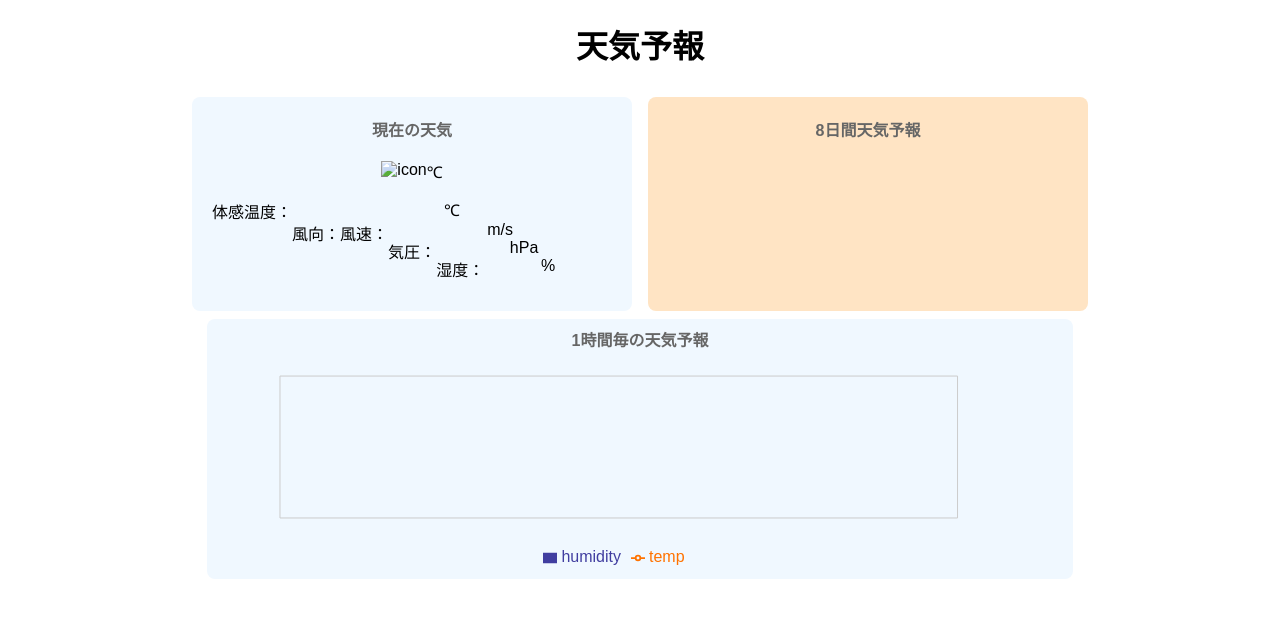
Repository: IshigureTomoki/weather-app
Page: /
These files come from the project's save history. The page is drawn as it stood at one moment and after the next save; the edit follows.
The browser window is 1280 px wide. The pictures show the whole page.
The page's requests for data from a server got no answer. The project was rebuilt for these pictures with package versions that can differ from the ones it lists, and the page was loaded fresh each time. No one was signed in, and anything a server would have sent is missing.

Above is the page before, as saved 2022-02-25 15:00:43.

### src/App.tsx
import axios from "axios";
import { report } from "process";
import React, { useEffect, useState } from "react";
import { convertTypeAcquisitionFromJson } from "typescript";
import "./App.css";
import { LinePlot } from "./components/LinePlot";

function App() {
  useEffect(() => {
    wetherOneCall();
  }, []);

  type weatherReportType = {
    time: string;
    timezone: string;
    temp: string;
    feels_like: string;
    wind_deg: string;
    wind_speed: string;
    pressure: string;
    humidity: string;
    weatherDescription: string;
    weatherIcon: string;
  };

  type weatherDailyReportsType = {
    dt: number;
    temp: {
      max: string;
      min: string;
    };
    weather: [
      {
        description: string;
        icon: string;
        id: string;
        main: string;
      }
    ];
  };

  type weatherHourlyReportsType = {
    time: string;
    temp: string;
    humidity: string;
  };

  const [weatherReport, setWeatherReport] = useState<weatherReportType>();
  const [weatherDailyReports, setWeatherDailyReports] = useState<
    weatherDailyReportsType[]
  >([]);

  const [weatherHourlyReports, setWeatherHourlyReports] = useState<
    weatherHourlyReportsType[]
  >([]);
  const [serchCity, setSearchCity] = useState("");

  const time = (dt: number) => {
    const srTime = new Date(dt * 1000);
    const time = srTime.toLocaleTimeString();
    return `${time}`;
  };

  const hour = (dt: number) => {
    const srTime = new Date(dt * 1000);
    const hour = srTime.getHours();
    return `${hour}`;
  };

  const mday = (dt: number) => {
    const srTime = new Date(dt * 1000);
    const day = srTime.toLocaleDateString();
    return `${day}`;
  };

  const date = (dt: number) => {
    const srTime = new Date(dt * 1000);
    const date = srTime.getDate();
    return `${date}`;
  };

  const dayOfWeekStr = (dt: number) => {
    const srTime = new Date(dt * 1000);
    const day = srTime.getDay();
    const dayOfWeekStrJP = ["日", "月", "火", "水", "木", "金", "土"];
    return `(${dayOfWeekStrJP[day]})`;
  };

  const wetherOneCall = async () => {
    await axios
      .get(
        "https://api.openweathermap.org/data/2.5/onecall?lat=35.690&lon=139.692&lang=ja&units=metric&appid=ff86fbdda3c22e95ce0071f6a7826f6c"
      )
      .then((res) => {
        console.log(res);

        const get_wind_deg = (wind_deg: number) => {
          let r = "北↓";
          if (wind_deg >= 11.25) r = "北北東";
          if (wind_deg >= 33.75) r = "北東↙︎";
          if (wind_deg >= 56.25) r = "東北東";
          if (wind_deg >= 78.75) r = "東←";
          if (wind_deg >= 101.25) r = "東南東";
          if (wind_deg >= 123.75) r = "南東↖︎";
          if (wind_deg >= 146.25) r = "南南東";
          if (wind_deg >= 168.75) r = "南↑";
          if (wind_deg >= 191.25) r = "南南西";
          if (wind_deg >= 213.75) r = "南西↗︎";
          if (wind_deg >= 236.25) r = "西南西";
          if (wind_deg >= 258.75) r = "西→";
          if (wind_deg >= 281.25) r = "西北西";
          if (wind_deg >= 303.75) r = "北西↘︎";
          if (wind_deg >= 326.25) r = "北北西";
          return r;
        };

        const report = {
          time: `${mday(res.data.current.dt)} ${time(res.data.current.dt)}`,
          timezone: res.data.timezone,
          temp: res.data.current.temp,
          feels_like: res.data.current.feels_like,
          wind_deg: get_wind_deg(res.data.current.wind_deg),
          wind_speed: res.data.current.wind_speed,
          pressure: res.data.current.pressure,
          humidity: res.data.current.humidity,
          weatherDescription: res.data.current.weather[0].description,
          weatherIcon: `http://openweathermap.org/img/wn/${res.data.current.weather[0].icon}@2x.png`,
        };

        const hourlyreports = res.data.hourly.map(
          (hourly: any, index: number) => {
            return {
              time: hour(hourly.dt),
              temp: hourly.temp,
              humidity: hourly.humidity,
            };
          }
        );

        hourlyreports.length = 24;

        console.log(report);
        setWeatherReport(report);
        setWeatherDailyReports(res.data.daily);
        console.log(hourlyreports);
        setWeatherHourlyReports(hourlyreports);
      });
  };
  return (
    <>
      <div className="App">
        <h1>天気予報</h1>
        <div className="upper">
          <div className="now-area">
            <div className="title">現在の天気</div>
            <div className="nowtime">{weatherReport?.time}</div>
            <div className="nowplace">{weatherReport?.timezone}</div>
            <div className="nowtemps">
              <div>
                <img src={weatherReport?.weatherIcon} alt="icon" width={120} />
              </div>
              <div>
                <div className="nowtemp">{weatherReport?.temp}℃</div>
                <div className="nowdes">
                  {weatherReport?.weatherDescription}
                </div>
              </div>
            </div>
            <dl>
              <dt>体感温度</dt>
              <dd>{weatherReport?.feels_like}℃</dd>
              <dt>風向</dt>
              <dd>{weatherReport?.wind_deg}</dd>
              <dt>風速</dt>
              <dd>{weatherReport?.wind_speed}m/s</dd>
              <dt>気圧</dt>
              <dd>{weatherReport?.pressure}hPa</dd>
              <dt>湿度</dt>
              <dd>{weatherReport?.humidity}%</dd>
            </dl>
          </div>

          <div className="dayly-area">
            <div className="title">8日間天気予報</div>

            {weatherDailyReports.map((report) => (
              <>
                <div className="dayly">
                  <div className="daylyd">
                    {date(report.dt)}
                    {dayOfWeekStr(report.dt)}
                  </div>
                  <div className="daylyi">
                    <img
                      src={`http://openweathermap.org/img/wn/${report.weather[0].icon}@2x.png`}
                      alt="icon"
                      width={40}
                    />
                  </div>
                  <div className="daylyde">{report.weather[0].description}</div>
                  <div className="daylym">
                    {report.temp.max}/{report.temp.min}℃
                  </div>
                </div>
              </>
            ))}
          </div>
        </div>

        <div className="hourly-area">
          <div className="title">1時間毎の天気予報</div>
          <LinePlot data={weatherHourlyReports} />
        </div>
      </div>
    </>
  );
}

export default App;

### src/App.css
body {
  font-family: sans-serif;
}

.App {
  text-align: center;
}

.upper {
  display: flex;
  justify-content: center;
}
.now-area {
  text-align: center;
  background-color: aliceblue;
  width: 400px;
  padding: 20px;
  margin: 8px;
  border-radius: 8px;
}
.nowtime {
  font-size: 30px;
}

.nowplace{
  font-size: 25px;
}
.nowtemps{
  display: flex;
  justify-content: center;
}

dt {
  float: left;
}

dt::after {
  content: "：";
}

.dayly-area {
  text-align: center;
  background-color: bisque;
  width: 400px;
  padding: 20px;
  margin: 8px;
  border-radius: 8px;
}

.dayly {
  display: flex;
}

.daylyd {
  width: 60px;
}

.daylyi {
  width: 90px;
}

.daylym {
  width: 150px;
}

.daylyde {
  width: 100px;
}

.hourly-area {
  background-color: aliceblue;
  width: 850px;
  padding: 8px;
  margin: 0 auto;
  border-radius: 8px;
}
.title {
  text-align: center;
  margin: 0px 0px 20px 0px;
  font-weight: bold;
  color: #666;
}

### src/components/LinePlot.tsx
import {
  Line,
  CartesianGrid,
  XAxis,
  YAxis,
  Tooltip,
  Bar,
  ComposedChart,
  ResponsiveContainer,
  Legend,
} from "recharts";

export const LinePlot = (props: any) => {
  const data = props.data;
  // const data = [
  //   { time: "15", temp: 8.67, humidity: 5 },
  //   { time: "16", temp: 8.87, humidity: 24 },
  //   { time: "17", temp: 8.61, humidity: 25 },
  //   { time: "18", temp: 8.26, humidity: 26 },
  //   { time: "19", temp: 6.67, humidity: 60 },
  //   { time: "20", temp: 5.31, humidity: 68 },
  //   { time: "21", temp: 3.73, humidity: 10 },
  //   { time: "22", temp: 3.32, humidity: 22 },
  // ];
  console.log(data);
  return (
    <ResponsiveContainer width="95%" height={200}>
      <ComposedChart  data={data}>
        <Bar
          yAxisId={2}
          dataKey="humidity"
          barSize={15}
          fill="#413ea0"
          label={{ fill: "white", fontSize: 10 }}
        />
        <Line yAxisId={1} type="monotone" dataKey="temp" stroke="#ff7300" />
        <CartesianGrid stroke="#ccc" />
        <XAxis dataKey="time" label={{ value: "時刻", dx: 5 }} />
        <YAxis yAxisId={1} tickCount={8} unit="℃" label={{ value: "気温" }} />
        <YAxis
          yAxisId={2}
          tickCount={8}
          unit="%"
          label={{ value: "降水確率", dx: 5 }}
          orientation="right"
        />
        <Legend />
        <Tooltip />
      </ComposedChart>
    </ResponsiveContainer>
  );
};

Loaded but not shown: public/index.html (common file); src/index.tsx (common file); src/index.css (common file); src/reportWebVitals.ts (common file)

After the next save:
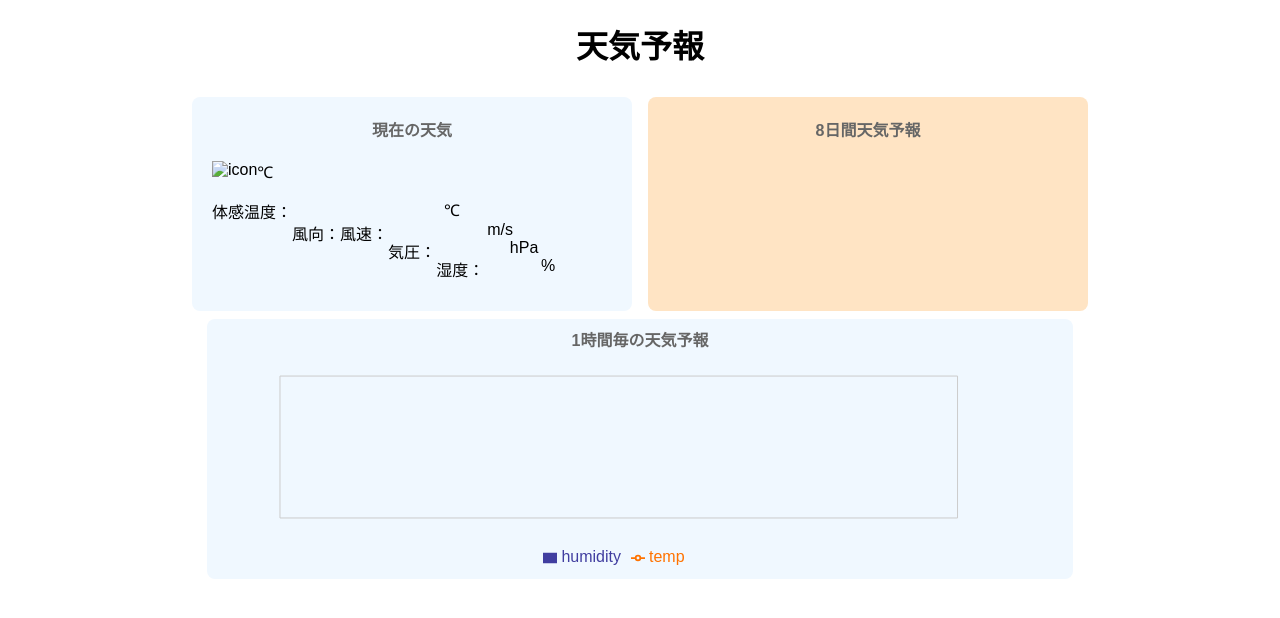
Saved 46 s later.
--- a/src/App.css
+++ b/src/App.css
@@ -27,7 +27,7 @@ body {
 }
 .nowtemps{
   display: flex;
-  justify-content: center;
+  justify-content:;
 }
 
 dt {
